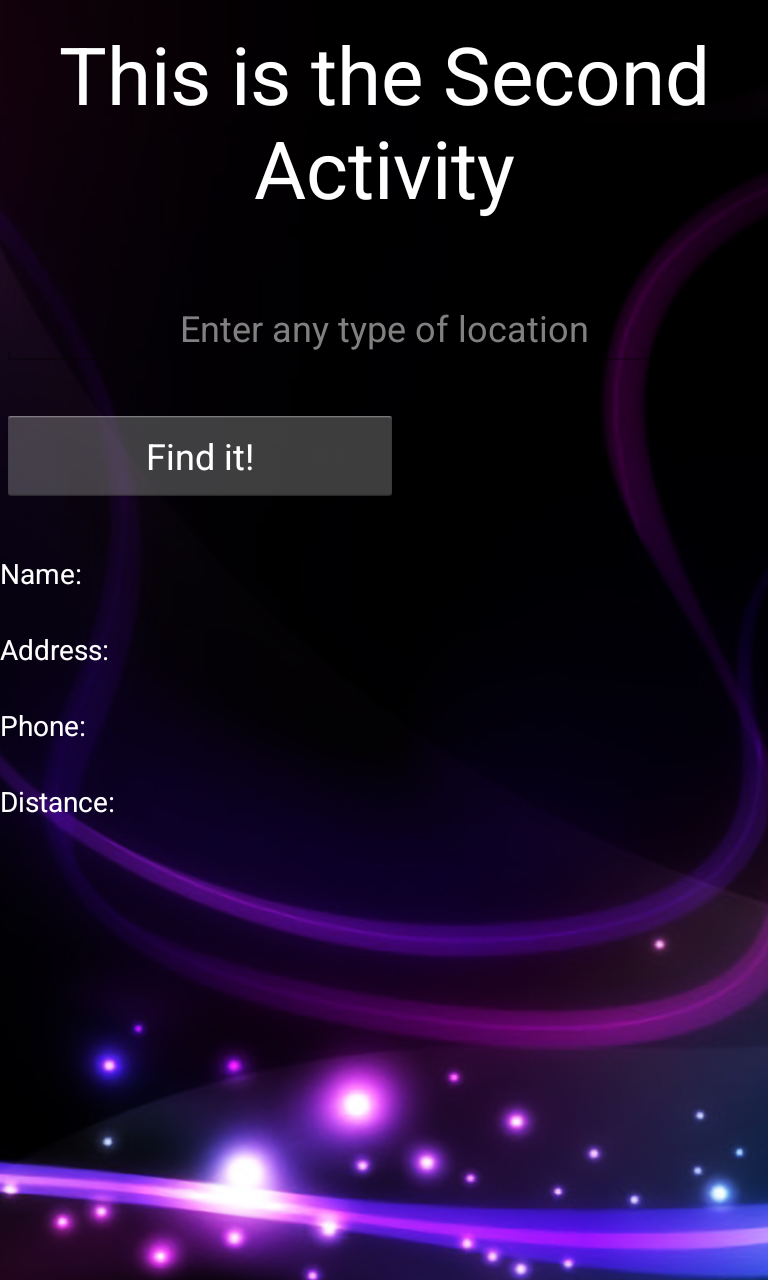
Repository: fsoDannis/workspace
Layout: findIt_3/res/layout/second.xml
The author's editor kept a copy of each file at every save. The layout is drawn from the files as they stood at one save, then again after the next save.
It is drawn on a 768 x 1280 px phone screen (xhdpi) without system bars, with theme AppTheme; the app's code is not run.

Above is the layout before, as saved 2013-02-15 03:05:27.

After the next save:
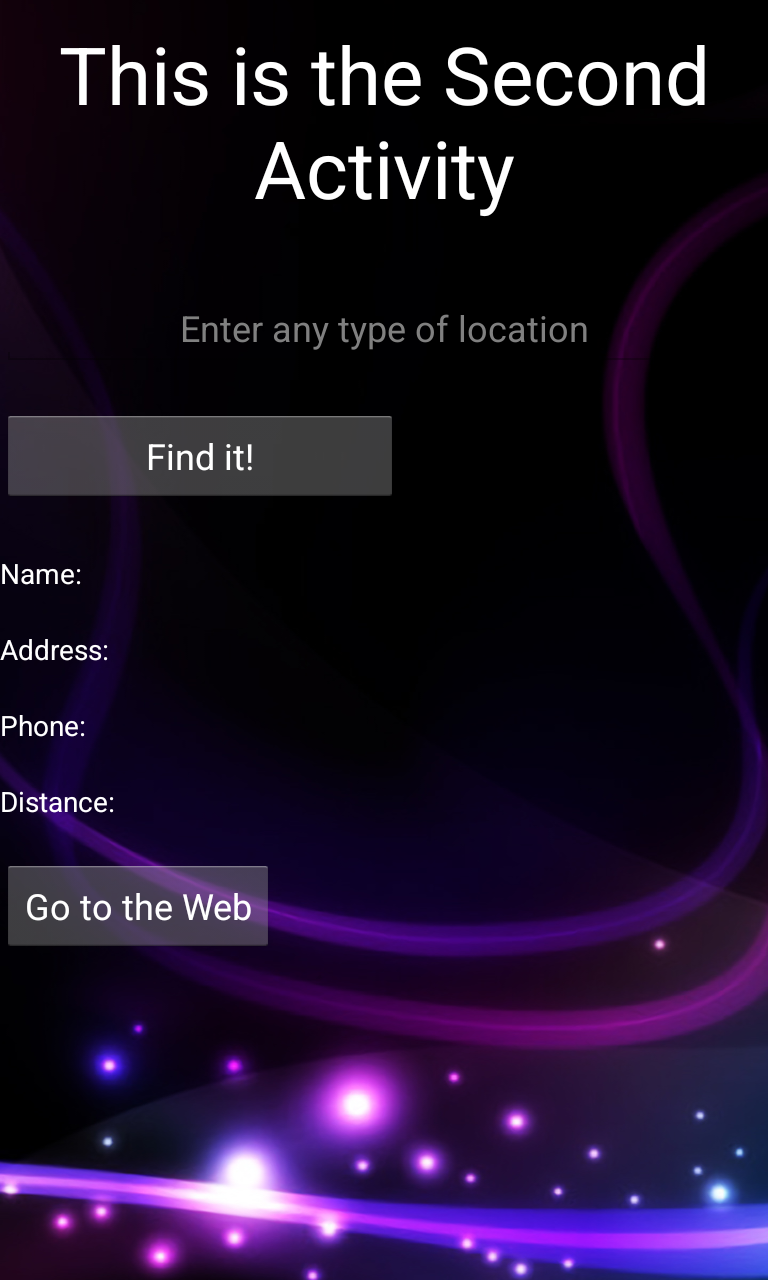
Saved 35 s later.
--- a/findIt_3/res/layout/second.xml
+++ b/findIt_3/res/layout/second.xml
@@ -109,11 +109,6 @@ android:layout_height="fill_parent" >
         android:textColor="#FFFFFF"
         android:text="" />
 
-</LinearLayout>
-  </ScrollView>
-
-
-
     <Button
         android:id="@+id/button2"
         android:layout_width="wrap_content"
@@ -122,5 +117,7 @@ android:layout_height="fill_parent" >
         android:text="Go to the Web"
         android:textColor="#FFFFFF" />
 
+</LinearLayout>
+  </ScrollView>
 
 </LinearLayout>
